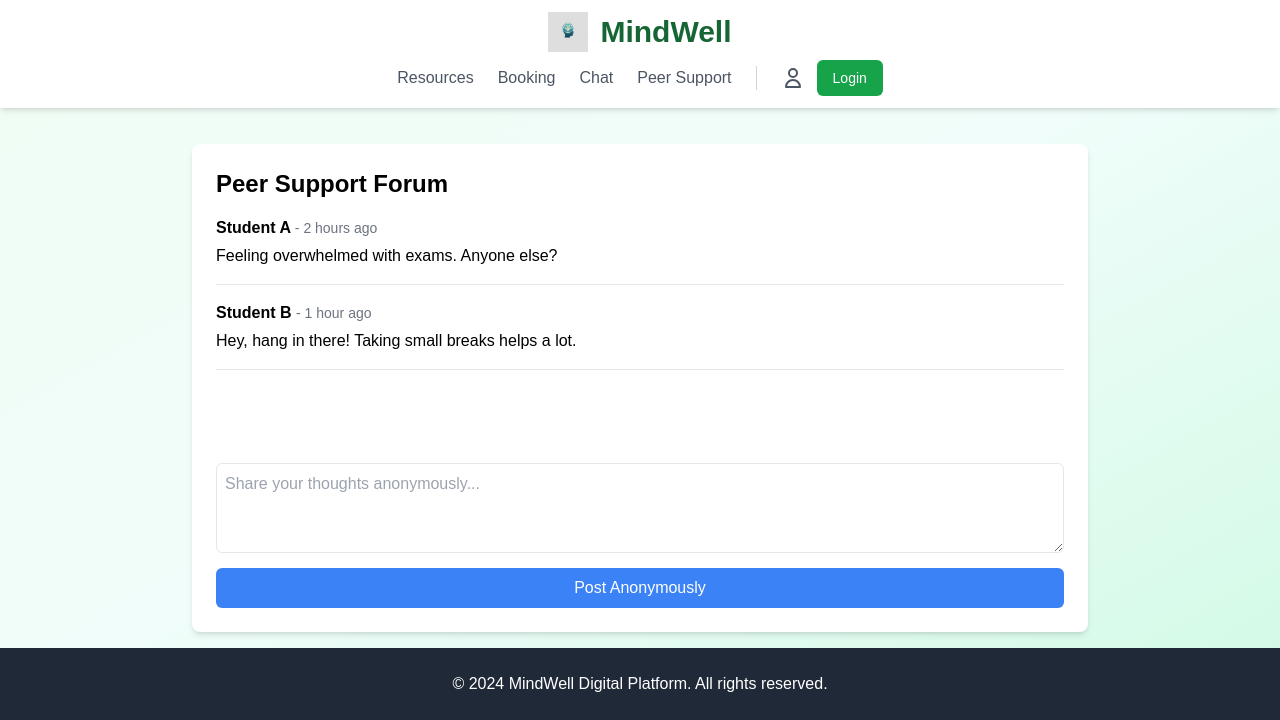
Repository: alokse24b01025/mentalhealth-project-sih-
Page: /peer-support (app in p1/)
The author's editor kept a copy of each file at every save. The page is drawn from the files as they stood at one save, then again after the next save.
The browser window is 1280 px wide. The pictures show the whole page.
The project was rebuilt for these pictures with package versions that can differ from the ones it lists, and the page was loaded fresh each time. Also part of the build but not shown: p1/vite.config.js, p1/src/pages/HomePage.jsx, p1/src/components/Chatbot.jsx, p1/src/pages/ChatPage.jsx, p1/src/components/ResourceCard.jsx, p1/src/data/mockResources.js, p1/src/pages/ResourcesPage.jsx, p1/src/data/mockCounselors.js and 3 more.

Above is the page before, as saved 2025-09-10 12:27:01.

### p1/index.html
<!doctype html>
<html lang="en">
  <head>
    <meta charset="UTF-8" />
    <link rel="icon" type="image/svg+xml" href="/logo.png" />
    <meta name="viewport" content="width=device-width, initial-scale=1.0" />
    <title>MINDwell</title>
  </head>
  <body>
    <div id="root"></div>
    <script type="module" src="/src/main.jsx"></script>
  </body>
</html>

### p1/src/App.jsx
import React from 'react';
import { BrowserRouter as Router, Routes, Route } from 'react-router-dom';
import { AuthProvider } from './AuthContext'; // Import the provider

// Import your pages
import HomePage from './pages/HomePage';
import ChatPage from './pages/ChatPage';
import ResourcesPage from './pages/ResourcesPage';
import BookingPage from './pages/BookingPage';
import PeerSupportPage from './pages/PeerSupportPage';
import AdminDashboard from './pages/AdminDashboard';
import LoginPage from './pages/LoginPage'; // Import the new login page
import './index.css';

function App() {
  return (
    <AuthProvider> {/* Wrap everything in AuthProvider */}
      <Router>
        <Routes>
          <Route path="/" element={<HomePage />} />
          <Route path="/chat" element={<ChatPage />} />
          <Route path="/resources" element={<ResourcesPage />} />
          <Route path="/booking" element={<BookingPage />} />
          <Route path="/peer-support" element={<PeerSupportPage />} />
         <Route path="/admin" element={<AdminDashboard />} />
          <Route path="/login" element={<LoginPage />} /> {/* Add the login route */}
        </Routes>
      </Router>
    </AuthProvider>
  );
}

export default App;

### p1/src/index.css
@tailwind base;
@tailwind components;
@tailwind utilities;

body {
  font-family: Arial, sans-serif;
  -webkit-font-smoothing: antialiased;
  -moz-osx-font-smoothing: grayscale;
}

### p1/src/AuthContext.jsx
import React, { useContext, useState, useEffect } from 'react';
import { auth } from './firebase';
import {
  onAuthStateChanged,
  signOut,
  signInWithEmailAndPassword
} from "firebase/auth";

const AuthContext = React.createContext();

// This is the function that was likely missing the 'export' keyword
export function useAuth() {
  return useContext(AuthContext);
}

export function AuthProvider({ children }) {
  const [currentUser, setCurrentUser] = useState(null);
  const [loading, setLoading] = useState(true);

  function login(email, password) {
    return signInWithEmailAndPassword(auth, email, password);
  }

  function logout() {
    return signOut(auth);
  }

  useEffect(() => {
    const unsubscribe = onAuthStateChanged(auth, user => {
      setCurrentUser(user);
      setLoading(false);
    });

    return unsubscribe;
  }, []);

  const value = {
    currentUser,
    login,
    logout
  };

  return (
    <AuthContext.Provider value={value}>
      {!loading && children}
    </AuthContext.Provider>
  );
}

### p1/src/pages/PeerSupportPage.jsx
import React from 'react';
import Header from '../components/Header';
import Footer from '../components/Footer';
import PeerSupport from '../components/PeerSupport';

const PeerSupportPage = () => {
  return (
    // This creates a full-height, vertical layout for the entire page
    <div className="h-screen flex flex-col bg-gradient-to-br from-green-50 via-teal-50 to-emerald-100">
      <Header />

      {/* This main section takes up all remaining space and centers its content */}
      <main className="flex-1 w-full flex flex-col items-center p-4 pt-36 overflow-hidden">

        {/* This container holds the Peer Support UI and fills the main area without overflowing */}
        <div className="w-full max-w-4xl flex-1 flex flex-col min-h-0">

          {/* The PeerSupport component will now be fully visible and fill the available space */}
          <PeerSupport />

        </div>
      </main>

      <Footer />
    </div>
  );
};

export default PeerSupportPage;

### p1/src/firebase.js
import { initializeApp } from "firebase/app";
import { getAuth } from "firebase/auth";

// IMPORTANT: Replace this with the firebaseConfig object you copied from the Firebase console
const firebaseConfig = {
  apiKey: "YOUR_API_KEY",
  authDomain: "YOUR_AUTH_DOMAIN",
  projectId: "YOUR_PROJECT_ID",
  storageBucket: "YOUR_STORAGE_BUCKET",
  messagingSenderId: "YOUR_MESSAGING_SENDER_ID",
  appId: "YOUR_APP_ID"
};

// Initialize Firebase
const app = initializeApp(firebaseConfig);

// Export the auth instance to be used in other parts of the app
export const auth = getAuth(app);

### p1/src/components/Header.jsx
import React, { useState } from 'react';
import { Link } from 'react-router-dom';
import logo from '../assets/logo.png';
import { useAuth } from '../AuthContext';

const Header = () => {
  const { currentUser, logout } = useAuth();
  const [isLoggingOut, setIsLoggingOut] = useState(false);

  const handleLogout = async () => {
    setIsLoggingOut(true);
    try {
      await logout();
    } catch (error) {
      console.error("Failed to log out:", error);
    } finally {
      setIsLoggingOut(false);
    }
  };

  const profileIcon = (
    <svg xmlns="http://www.w3.org/2000/svg" className="h-6 w-6" fill="none" viewBox="0 0 24 24" stroke="currentColor" strokeWidth={2}>
      <path strokeLinecap="round" strokeLinejoin="round" d="M16 7a4 4 0 11-8 0 4 4 0 018 0zM12 14a7 7 0 00-7 7h14a7 7 0 00-7-7z" />
    </svg>
  );

  return (
    <header className="bg-white shadow-md fixed top-0 w-full z-50 py-3 flex flex-col items-center">

      {/* Top Row: Centered Logo and Name */}
      <div className="mb-2">
        <Link to="/" className="flex items-center justify-center gap-x-3">
          <img src={logo} alt="MindWell Logo" className="h-10 w-auto" />
          <h1 className="text-3xl font-bold text-green-800 hidden md:block">MindWell</h1>
        </Link>
      </div>

      {/* Bottom Row: Navigation Links */}
      <nav className="flex items-center justify-center flex-wrap gap-x-6 gap-y-2 px-4">
        <Link to="/resources" className="text-gray-600 hover:text-green-600 transition-colors">Resources</Link>
        <Link to="/booking" className="text-gray-600 hover:text-green-600 transition-colors">Booking</Link>
        <Link to="/chat" className="text-gray-600 hover:text-green-600 transition-colors">Chat</Link>
        <Link to="/peer-support" className="text-gray-600 hover:text-green-600 transition-colors">Peer Support</Link>

        <div className="border-l border-gray-300 h-6"></div>

        {currentUser ? (
          <div className="flex items-center space-x-3">
            <span className="text-gray-600">{profileIcon}</span>
            <button
              onClick={handleLogout}
              disabled={isLoggingOut}
              className={`text-white px-4 py-2 text-sm rounded-md transition-colors ${
                isLoggingOut
                  ? 'bg-red-300 cursor-not-allowed'
                  : 'bg-red-500 hover:bg-red-600'
              }`}
            >
              {isLoggingOut ? '...' : 'Logout'}
            </button>
          </div>
        ) : (
          <div className="flex items-center space-x-3">
            <Link to="/login" className="text-gray-600 hover:text-green-600">
              {profileIcon}
            </Link>
            <Link
              to="/login"
              className="bg-green-600 text-white px-4 py-2 text-sm rounded-md hover:bg-green-700 transition-colors"
            >
              Login
            </Link>
          </div>
        )}
      </nav>
    </header>
  );
};

export default Header;

### p1/src/components/Footer.jsx
import React from 'react';

const Footer = () => {
  return (
    <footer className="bg-gray-800 text-white p-6 text-center">
      <p>&copy; 2024 MindWell Digital Platform. All rights reserved.</p>
    </footer>
  );
};
export default Footer;

### p1/src/components/PeerSupport.jsx
import React, { useState } from 'react';

const PeerSupport = () => {
  const [posts, setPosts] = useState([
    { id: 1, author: 'Student A', content: 'Feeling overwhelmed with exams. Anyone else?', timestamp: '2 hours ago' },
    { id: 2, author: 'Student B', content: 'Hey, hang in there! Taking small breaks helps a lot.', timestamp: '1 hour ago' },
  ]);
  const [newPost, setNewPost] = useState('');

  const handlePost = () => {
    if (newPost.trim() === '') return;
    const newPostData = {
      id: posts.length + 1,
      author: 'You (Anonymous)',
      content: newPost,
      timestamp: 'Just now',
    };
    setPosts(prev => [newPostData, ...prev]);
    setNewPost('');
  };

  return (
    <div className="bg-white p-6 rounded-lg shadow-md h-full flex flex-col">
      <h3 className="text-2xl font-bold mb-4">Peer Support Forum</h3>
      <div className="flex-grow overflow-y-auto space-y-4">
        {posts.map(post => (
          <div key={post.id} className="border-b pb-4">
            <p className="font-bold">{post.author} <span className="text-sm text-gray-500 font-normal"> - {post.timestamp}</span></p>
            <p className="mt-1">{post.content}</p>
          </div>
        ))}
      </div>
      <div className="mt-4">
        <textarea
          value={newPost}
          onChange={(e) => setNewPost(e.target.value)}
          className="w-full border rounded-md p-2"
          rows="3"
          placeholder="Share your thoughts anonymously..."
        ></textarea>
        <button onClick={handlePost} className="mt-2 bg-blue-500 text-white py-2 px-4 rounded-md hover:bg-blue-600 w-full">Post Anonymously</button>
      </div>
    </div>
  );
};

export default PeerSupport;

Loaded but not shown: p1/src/main.jsx (common file); p1/tailwind.config.js (common file)

After the next save:
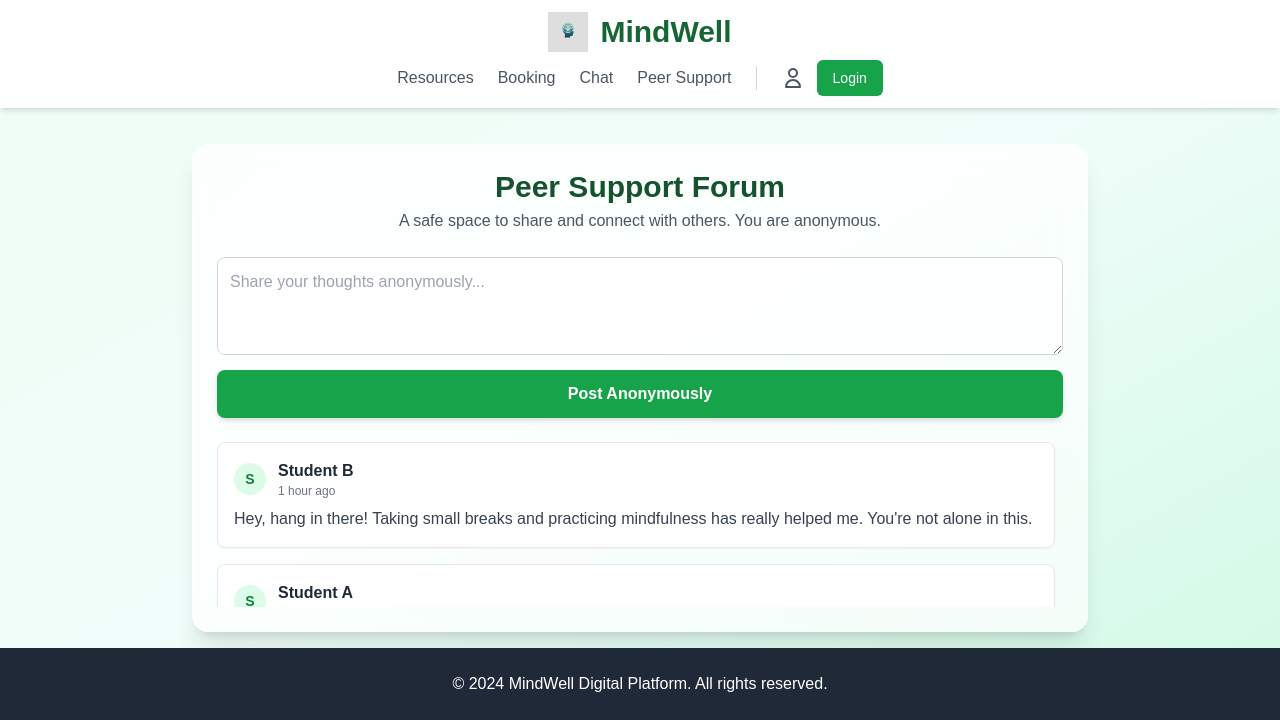
Saved 71 s later.
--- a/p1/src/components/PeerSupport.jsx
+++ b/p1/src/components/PeerSupport.jsx
@@ -1,45 +1,95 @@
 import React, { useState } from 'react';
 
+// --- Sub-component 1: The Form for creating a new post ---
+const PostForm = ({ newPost, setNewPost, isPosting, handlePost }) => {
+  return (
+    <div className="mb-6">
+      <textarea
+        value={newPost}
+        onChange={(e) => setNewPost(e.target.value)}
+        className="w-full border border-gray-300 rounded-lg p-3 focus:outline-none focus:ring-2 focus:ring-green-500 transition bg-white/80"
+        rows="3"
+        placeholder="Share your thoughts anonymously..."
+      ></textarea>
+      <button
+        onClick={handlePost}
+        disabled={isPosting}
+        className={`w-full mt-2 py-3 px-4 font-semibold rounded-lg shadow-md transition-all duration-300 ${
+          isPosting
+            ? 'bg-green-300 cursor-not-allowed'
+            : 'bg-green-600 text-white hover:bg-green-700'
+        }`}
+      >
+        {isPosting ? 'Posting...' : 'Post Anonymously'}
+      </button>
+    </div>
+  );
+};
+
+// --- Sub-component 2: The List that displays all posts ---
+const PostList = ({ posts }) => {
+  return (
+    <div className="flex-grow overflow-y-auto space-y-4 pr-2">
+      {posts.map(post => (
+        <div key={post.id} className="bg-white p-4 rounded-lg border border-gray-200 shadow-sm">
+          <div className="flex items-center mb-2">
+            <span className="flex items-center justify-center h-8 w-8 rounded-full bg-green-100 text-green-700 font-bold text-sm mr-3">
+              {post.author.charAt(0)}
+            </span>
+            <div>
+              <p className="font-bold text-gray-800">{post.author}</p>
+              <p className="text-xs text-gray-500">{post.timestamp}</p>
+            </div>
+          </div>
+          <p className="text-gray-700">{post.content}</p>
+        </div>
+      ))}
+    </div>
+  );
+};
+
+
+// --- Main PeerSupport Component ---
 const PeerSupport = () => {
   const [posts, setPosts] = useState([
-    { id: 1, author: 'Student A', content: 'Feeling overwhelmed with exams. Anyone else?', timestamp: '2 hours ago' },
-    { id: 2, author: 'Student B', content: 'Hey, hang in there! Taking small breaks helps a lot.', timestamp: '1 hour ago' },
+    { id: 2, author: 'Student B', content: 'Hey, hang in there! Taking small breaks and practicing mindfulness has really helped me. You\'re not alone in this.', timestamp: '1 hour ago' },
+    { id: 1, author: 'Student A', content: 'Feeling really overwhelmed with final exams. Anyone else struggling to focus?', timestamp: '2 hours ago' },
   ]);
   const [newPost, setNewPost] = useState('');
+  const [isPosting, setIsPosting] = useState(false);
 
   const handlePost = () => {
     if (newPost.trim() === '') return;
-    const newPostData = {
-      id: posts.length + 1,
-      author: 'You (Anonymous)',
-      content: newPost,
-      timestamp: 'Just now',
-    };
-    setPosts(prev => [newPostData, ...prev]);
-    setNewPost('');
+    setIsPosting(true);
+
+    setTimeout(() => {
+      const newPostData = {
+        id: Date.now(),
+        author: 'You (Anonymous)',
+        content: newPost,
+        timestamp: 'Just now',
+      };
+      setPosts(prev => [newPostData, ...prev]);
+      setNewPost('');
+      setIsPosting(false);
+    }, 700);
   };
 
   return (
-    <div className="bg-white p-6 rounded-lg shadow-md h-full flex flex-col">
-      <h3 className="text-2xl font-bold mb-4">Peer Support Forum</h3>
-      <div className="flex-grow overflow-y-auto space-y-4">
-        {posts.map(post => (
-          <div key={post.id} className="border-b pb-4">
-            <p className="font-bold">{post.author} <span className="text-sm text-gray-500 font-normal"> - {post.timestamp}</span></p>
-            <p className="mt-1">{post.content}</p>
-          </div>
-        ))}
+    <div className="flex-1 flex flex-col bg-white/70 backdrop-blur-lg border border-white/20 shadow-xl rounded-2xl p-6 min-h-0">
+      <div className="text-center mb-6">
+        <h2 className="text-3xl font-bold text-green-900">Peer Support Forum</h2>
+        <p className="mt-1 text-gray-600">A safe space to share and connect with others. You are anonymous.</p>
       </div>
-      <div className="mt-4">
-        <textarea
-          value={newPost}
-          onChange={(e) => setNewPost(e.target.value)}
-          className="w-full border rounded-md p-2"
-          rows="3"
-          placeholder="Share your thoughts anonymously..."
-        ></textarea>
-        <button onClick={handlePost} className="mt-2 bg-blue-500 text-white py-2 px-4 rounded-md hover:bg-blue-600 w-full">Post Anonymously</button>
-      </div>
+
+      <PostForm
+        newPost={newPost}
+        setNewPost={setNewPost}
+        isPosting={isPosting}
+        handlePost={handlePost}
+      />
+
+      <PostList posts={posts} />
     </div>
   );
 };
